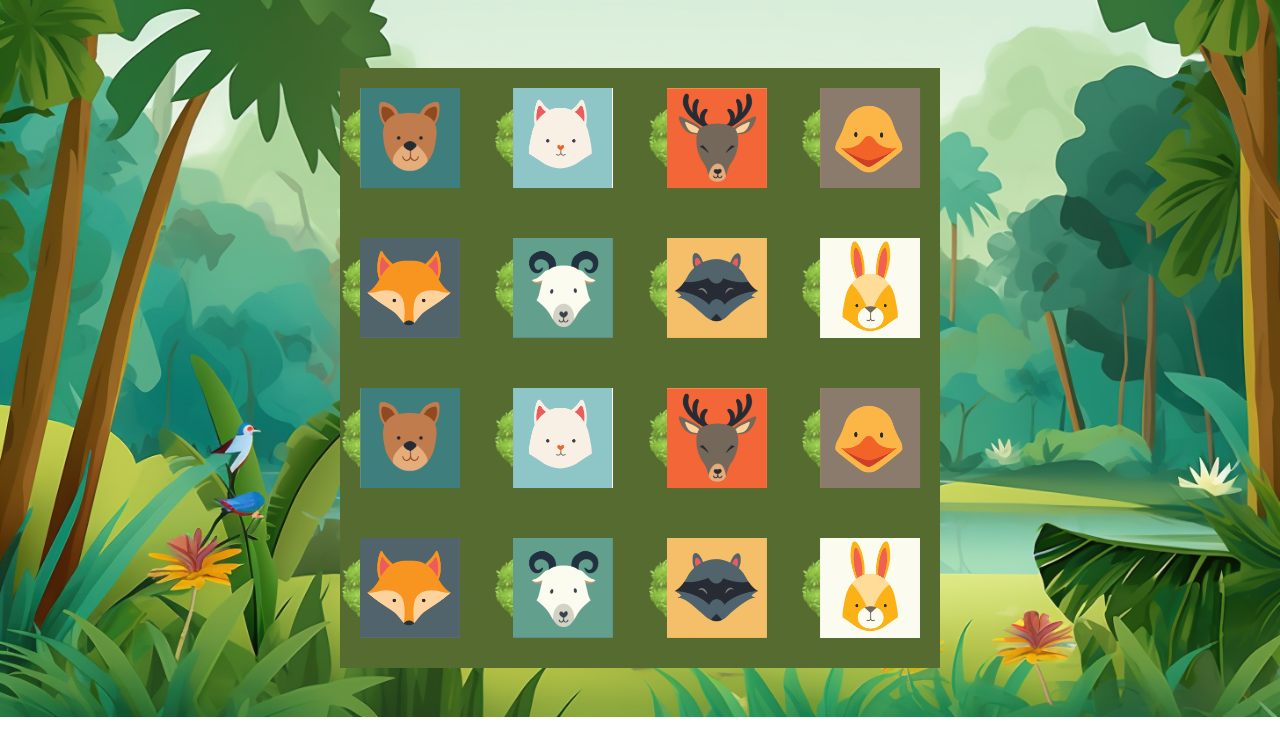
Repository: GloGlorGloria/frontend-final-project
Page: index.html
These files come from the project's save history. The page is drawn as it stood at one moment and after the next save; the edit follows.
The browser window is 1280 px wide. The pictures show the whole page.
Some web fonts or font styles are not loaded; a fallback is used.

Above is the page before, as saved 2024-05-14 11:44:42.

After the next save:
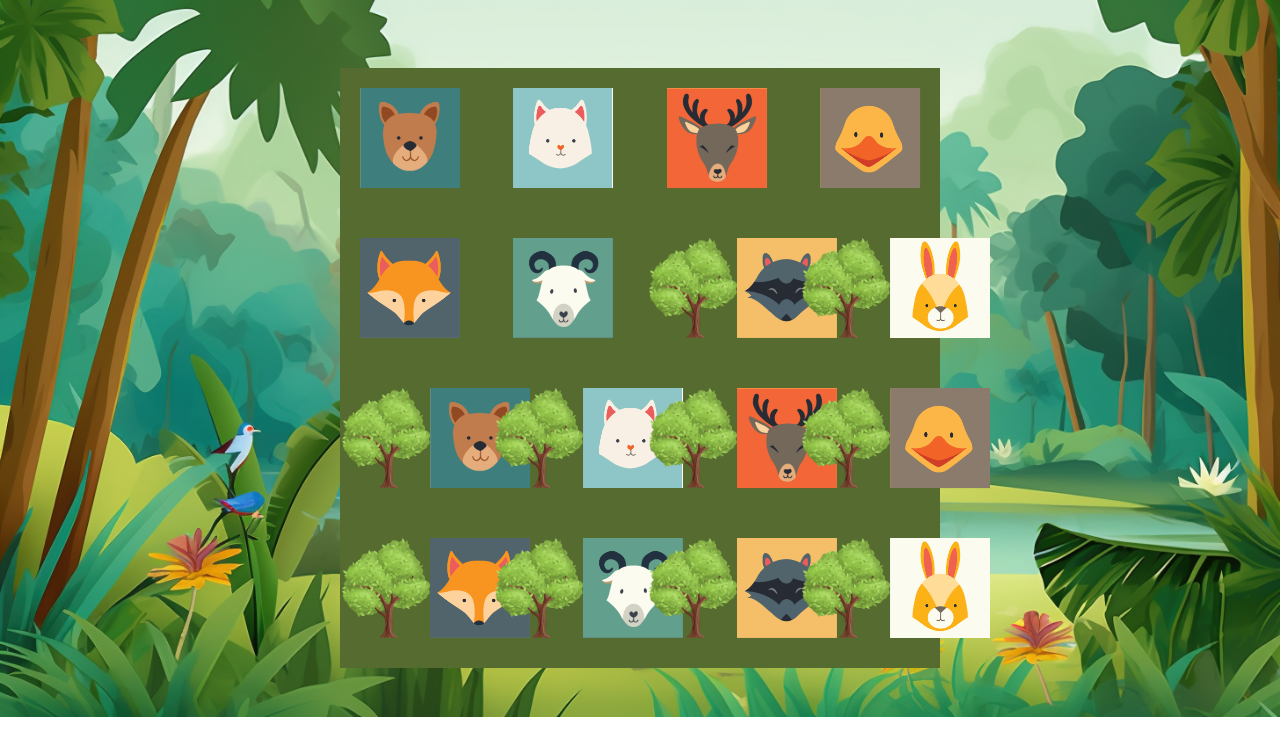
Saved 7 s later.
--- a/style.css
+++ b/style.css
@@ -59,14 +59,14 @@ body{
 }
 
 /* this is not working */
-.cards .card .cardOpened{
+.cards .card .view{
   width:100%;
   height:100%;
   position: absolute;
   pointer-events: none;
   user-select: none;
   transition: transform 0.25s linear;
-  backface-visibility:hidden;
+  backface-visibility: hidden;
 }
 
 .card .cardClosed{
